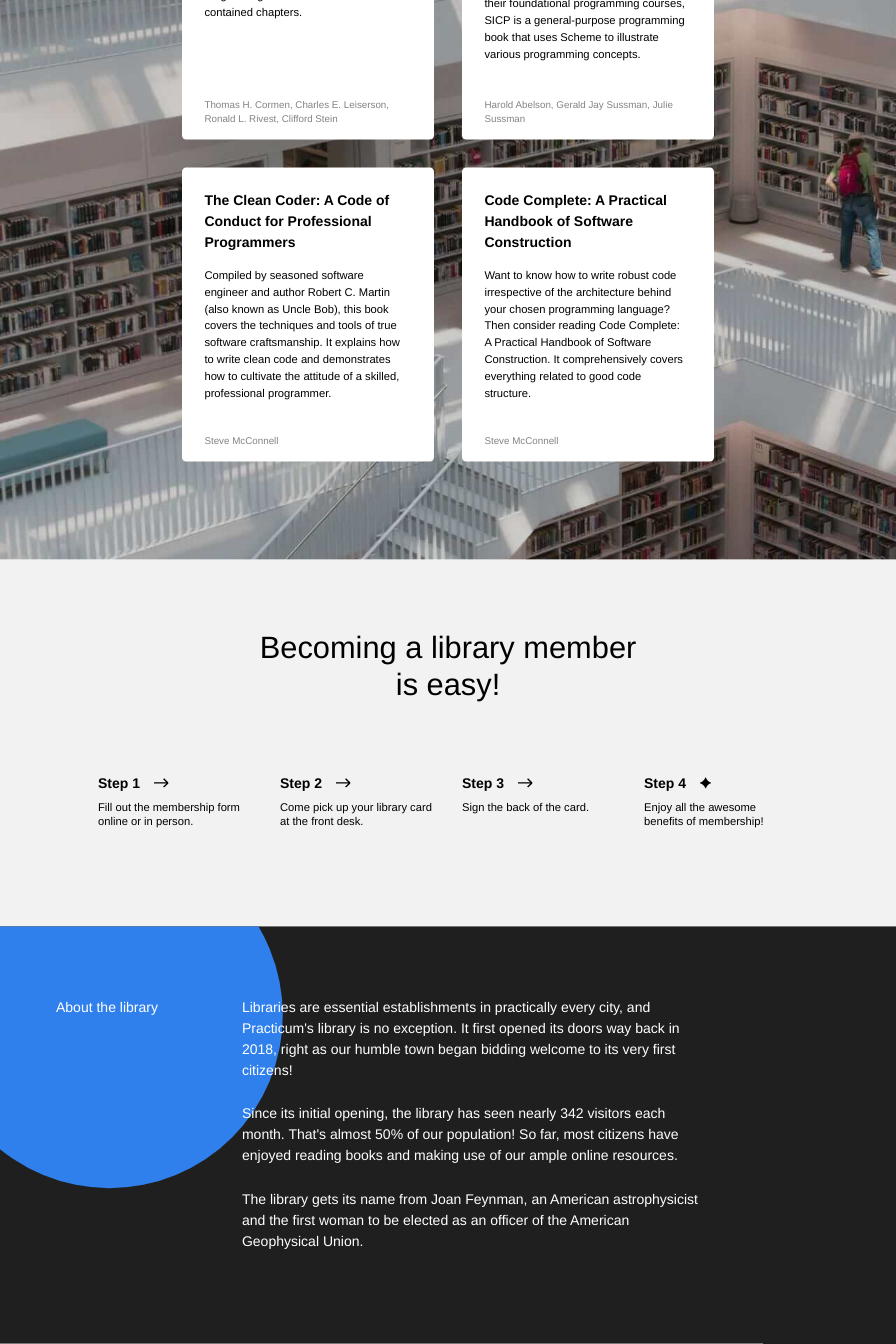
Repository: MWilliams-26/se_project_library
Page: index.html
The author's editor kept a copy of each file at every save. The page is drawn from the files as they stood at one save, then again after the next save.
The browser window is 1280 px wide. The pictures show the part of the page from y = 2038 to 3958 px (the page is 3958 px tall), at 70% of full size.

Above is the page before, as saved 2023-04-04 10:41:27.

### index.html
<!DOCTYPE html>
<html lang="en">
  <head>
    <meta charset="UTF-8" />
    <meta name="viewport" content="width=device-width, initial-scale=1.0" />
    <title>Practicum Library</title>
    <link rel="shortcut icon" href="favicon.ico" />
    <link rel="stylesheet" href="./styles/normalize.css" />
    <link rel="stylesheet" href="./styles/style.css" />
  </head>

  <body>
    <!-- Wrap the entire page content in a new div with the page class. Remember to add the closing tag -->
    <div class="page">
      <header class="header">
        <nav class="nav">
          <img
            src="./images/logo.png"
            alt="Practicum Library Logo"
            class="logo"
          />
          <!-- Putting navigation links in a list is supposed to be the best practice of writing the semantic code since it allows screen readers to pause between each link instead of reading all the links as a sentence. -->
          <ul class="nav__links">
            <li>
              <a class="nav__link">Staff picks</a>
            </li>
            <li>
              <a class="nav__link">Events</a>
            </li>
            <li>
              <a class="nav__link">Become a member</a>
            </li>
            <li>
              <a class="nav__link">About</a>
            </li>
            <li>
              <a class="nav__link">Contacts</a>
            </li>
          </ul>
        </nav>
        <h1 class="header__title">Welcome to the Practicum Library</h1>
        <p class="header__description">
          We're pleased to open our library doors to everyone! Come and expand
          your development knowledge, or just use this lovely spot to work or
          study. This is a cool place for cool students!
        </p>
        <!-- ----------------------------------------------------------------- -->
        <!--               Don't uncomment until project stage 2               -->
        <!-- ----------------------------------------------------------------- -->
        <img
          src="./images/inside_the_library.png"
          alt="Illustration 'Inside the library'"
          class="header__image"
        />
        <div class="header__footer">
          <a class="header__link">About the library &darr;</a>
          <p class="header__address">
            200 Success Avenue, The Town of Practicum
          </p>
        </div>
      </header>

      <main class="content">
        <section class="events">
          <div class="events__content">
            <h2 class="events__heading">Upcoming events:</h2>
            <h3 class="events__title">
              In honor of Joan Feynman: Women in astrophysics
            </h3>
            <div class="event-info events__info-section">
              <div class="event-info__item">
                <div
                  class="event-info__icon event-info__icon_type_calendar"
                ></div>
                <p class="event-info__text">Mon, January 12</p>
              </div>
              <div class="event-info__item">
                <div class="event-info__icon event-info__icon_type_pin"></div>
                <p class="event-info__text">
                  Practicum Library Conference Hall & Online
                </p>
              </div>
            </div>
            <p class="events__description">
              At this event, which celebrates the library's namesake, our guest
              lecturer will take us on a journey exploring some of the most
              prominent female researchers in the world of space science. It's
              easy to buy into the misconception that this field was mostly
              dominated by men, but our lecture aims to change that notion and
              prove that this hasn't been the case since at least the 18th
              century.
            </p>
            <a href="#" class="events__more">More events &rarr;</a>
          </div>
          <div class="events__cover">
            <img
              class="events__image"
              src="images/cafe.png"
              alt="events image"
            />
            <div class="person person_name_feynman">
              <p class="person__caption">Joann Feynman</p>
              <img
                class="person__image person__image_size_l"
                src="images/person_feynman.png"
                alt="Joann Feyman"
              />
            </div>
            <div class="person person_name_burbidge">
              <p class="person__caption">Margaret Burbidge</p>
              <img
                class="person__image person__image_size_m"
                src="images/person_burbidge.png"
                alt="Margaret Burbidge"
              />
            </div>
            <div class="person person_name_cannon">
              <img
                class="person__image person__image_size_m"
                src="images/person_cannon.png"
                alt="Annie Jump Cannon"
              />
              <p class="person__caption">Annie Jump Cannon</p>
            </div>
            <div class="person person_name_burbidge">
              <p class="person__caption">Margaret Burbidge</p>
              <img
                class="person__image person__image_size_m"
                src="images/person_burbidge.png"
                alt="Margaret Burbidge"
              />
            </div>
            <div class="person person_name_mitchell">
              <img
                class="person__image person__image_size_s"
                src="images/person_mitchell.png"
                alt="Maria Mitchell"
              />
              <p class="person__caption">Maria Mitchell</p>
            </div>
            <div class="person person_name_tarter">
              <p class="person__caption">Jill Tarter</p>
              <img
                class="person__image person__image_size_m"
                src="images/person_tarter.png"
                alt="Jill Tarter"
              />
            </div>
          </div>
        </section>

        <section class="staff">
          <!-- --------------------------------------------------------------- -->
          <!--        Don't uncomment until the final project stage            -->
          <!-- --------------------------------------------------------------- -->
          <h2 class="staff__title">Staff picks</h2>
          <p class="staff__subtitle">That our readers love</p>
          <ul class="staff__picks">
            <li class="card">
              <div class="card__content">
                <h3 class="card__title">Introduction to Algorithms</h3>
                <p class="card__text">
                  The name of this book is self-explanatory; it's a proper
                  introduction to algorithms! Introduction to Algorithms, or
                  CLRS, in reference to the authors' last names, goes in-depth
                  and covers a range of algorithms across several self-contained
                  chapters.
                </p>
                <p class="card__footer">
                  Thomas H. Cormen, Charles E. Leiserson, Ronald L. Rivest,
                  Clifford Stein
                </p>
              </div>
            </li>

            <li class="card">
              <div class="card__content">
                <h3 class="card__title">
                  The Structure and Interpretation of Computer Programs (SICP)
                </h3>
                <p class="card__text">
                  This is one of the best books for learning the fundamentals of
                  programming. Featured by MIT in one of their foundational
                  programming courses, SICP is a general-purpose programming
                  book that uses Scheme to illustrate various programming
                  concepts.
                </p>
                <p class="card__footer">
                  Harold Abelson, Gerald Jay Sussman, Julie Sussman
                </p>
              </div>
            </li>

            <li class="card">
              <div class="card__content">
                <h3 class="card__title">
                  The Clean Coder: A Code of Conduct for Professional
                  Programmers
                </h3>
                <p class="card__text">
                  Compiled by seasoned software engineer and author Robert C.
                  Martin (also known as Uncle Bob), this book covers the
                  techniques and tools of true software craftsmanship. It
                  explains how to write clean code and demonstrates how to
                  cultivate the attitude of a skilled, professional programmer.
                </p>
                <p class="card__footer">Steve McConnell</p>
              </div>
            </li>

            <li class="card">
              <div class="card__content">
                <h3 class="card__title">
                  Code Complete: A Practical Handbook of Software Construction
                </h3>
                <p class="card__text">
                  Want to know how to write robust code irrespective of the
                  architecture behind your chosen programming language? Then
                  consider reading Code Complete: A Practical Handbook of
                  Software Construction. It comprehensively covers everything
                  related to good code structure.
                </p>
                <p class="card__footer">Steve McConnell</p>
              </div>
            </li>
          </ul>
        </section>

        <section class="membership">
          <!-- --------------------------------------------------------------- -->
          <!--         Don't uncomment until the final project stage           -->
          <!-- --------------------------------------------------------------- -->
          <h2 class="membership__title">Becoming a library member is easy!</h2>
          <ul class="membership__steps">
            <li class="step">
              <h3 class="step__title">
                Step 1
                <img
                  src="./images/icon_step_forward.svg"
                  alt="icon forward"
                  class="step__icon"
                />
              </h3>
              <p class="step__description">
                Fill out the membership form online or in person.
              </p>
            </li>
            <li class="step">
              <h3 class="step__title">
                Step 2
                <img
                  src="./images/icon_step_forward.svg"
                  alt="icon forward"
                  class="step__icon"
                />
              </h3>
              <p class="step__description">
                Come pick up your library card at the front desk.
              </p>
            </li>
            <li class="step">
              <h3 class="step__title">
                Step 3
                <img
                  src="./images/icon_step_forward.svg"
                  alt="icon forward"
                  class="step__icon"
                />
              </h3>
              <p class="step__description">Sign the back of the card.</p>
            </li>
            <li class="step">
              <h3 class="step__title">
                Step 4
                <img
                  src="./images/icon_step_finish.svg"
                  alt="icon finish"
                  class="step__icon"
                />
              </h3>
              <p class="step__description">
                Enjoy all the awesome benefits of membership!
              </p>
            </li>
          </ul>
        </section>

        <section class="about">
          <!-- --------------------------------------------------------------- -->
          <!--          Don't uncomment until the final project stage          -->
          <!-- --------------------------------------------------------------- -->
          <h2 class="about__title">About the library</h2>
          <div class="about__content">
            <p class="about__paragraph">
              Libraries are essential establishments in practically every city,
              and Practicum's library is no exception. It first opened its doors
              way back in 2018, right as our humble town began bidding welcome
              to its very first citizens!
            </p>
            <p class="about__paragraph">
              Since its initial opening, the library has seen nearly 342
              visitors each month. That's almost 50% of our population! So far,
              most citizens have enjoyed reading books and making use of our
              ample online resources.
            </p>
            <p class="about__paragraph">
              The library gets its name from Joan Feynman, an American
              astrophysicist and the first woman to be elected as an officer of
              the American Geophysical Union.
            </p>
          </div>
          <div class="about__circle"></div>
        </section>
      </main>
      <footer class="footer">
        <!-- ----------------------------------------------------------------- -->
        <!--          Don't uncomment until the final project stage            -->
        <!-- ----------------------------------------------------------------- -->
      </footer>
    </div>
  </body>
</html>

### styles/style.css
.page {
  /* Add page class properties here */
  min-width: 1100px;
  max-width: 1600px;
  margin: 0 auto;
  font-family: Helvetica Neue, Arial, sans-serif;
  font-size: 16px;
  line-height: 20px;
}

.header {
  height: 100vh;
  min-height: 720px;
  max-height: 800px;
  padding: 30px 80px 0;
  position: relative;
  box-sizing: border-box;
}

.nav {
  /* Add flex properties here */
  display: flex;
  justify-content: space-between;
  align-items: stretch;
  flex-flow: row wrap;
  margin-top: 8px;
}

.logo {
  width: 196px;
  height: 60px;
}

.nav__links {
  /* Reset default list styles here */
  margin: 0 0 0;
  display: flex;
  column-gap: 20px;
  list-style: none;
}

.nav__link {
  color: #000000;
  text-decoration: none;
  font-weight: bold;
}

.header__title {
  font-size: 66px;
  line-height: 76px;
  font-weight: 500;
  max-width: 544px;
  margin-top: 150px;
  margin-bottom: 32px;
}

.header__description {
  font-size: 20px;
  line-height: 30px;
  max-width: 532px;
}

.header__image {
  position: absolute;
  max-width: 636px;
  top: 135px;
  right: 20px;
  z-index: 1;
}

.header__footer {
  position: absolute;
  left: 0;
  bottom: 40px;
  width: 100%;
  display: flex;
  align-items: center;
  padding: 40px 80px 0;
  justify-content: space-between;
  box-sizing: border-box;
}

.header__link {
  color: #2f80ed;
  text-decoration: none;
}

.header__address {
  margin: 0;
  color: #838383;
}

.events {
  padding: 100px 0 120px 80px;
  display: flex;
  align-items: start;
  justify-content: space-between;
  box-sizing: border-box;
  background-color: #f2f2f2;
}
.events__content {
  flex-basis: 580px;
}

.events__heading {
  font-size: 20px;
  font-weight: 500;
  line-height: 30px;
  margin: 0;
}

.events__title {
  font-size: 44px;
  font-weight: 500;
  line-height: 52px;
  margin: 32px 0 0;
}

.events__info-section {
  margin-top: 32px;
}

.event-info__item {
  display: flex;
  align-items: center;
  margin-bottom: 4px;
  font-weight: 500;
}

.event-info__icon {
  background-repeat: no-repeat;
  background-position: center;
  margin-right: 12px;
  width: 24px;
  height: 24px;
}

.event-info__icon_type_calendar {
  background-image: url(../images/icon_calendar.svg);
}

.event-info__icon_type_pin {
  background-image: url(../images/icon_pin.svg);
}

.event-info__text {
  font-size: 20px;
  font-weight: 500;
  line-height: 30px;
  margin: 0;
}

.events__description {
  margin: 40px 0 60px;
}

.events__more {
  color: #2f80ed;
  text-decoration: none;
}

.events__cover {
  flex-grow: 1;
  flex-shrink: 0;
  flex-basis: 780px;
  max-width: 780px;
  position: relative;
}

.events__image {
  max-width: 100%;
}

.person {
  position: absolute;
  display: flex;
  align-items: center;
  flex-direction: column;
  gap: 10px;
}

.person_name_feynman {
  position: absolute;
  top: -30px;
  left: 319px;
}

.person_name_burbidge {
  top: 96px;
  right: 125px;
}

.person_name_cannon {
  bottom: 18px;
  right: 216px;
}

.person_name_mitchell {
  bottom: 82px;
  left: 142px;
}

.person_name_tarter {
  top: 79px;
  left: 159px;
}

.person__image {
  max-width: 100%;
}

.person__image_size_l {
  width: 140px;
}

.person__image_size_m {
  width: 100px;
}

.person__image_size_s {
  width: 80px;
}

.person__caption {
  text-align: center;
  font-size: 14px;
  margin: 0;
}
.staff {
  padding: 100px 0 140px;
  background-image: url(../images/staff_picks_background.jpg);
}

.staff__title {
  text-align: center;
  font-size: 44px;
  line-height: 52px;
  margin: 0 0 24px;
  color: #ffffff;
}

.staff__subtitle {
  text-align: center;
  font-size: 20px;
  line-height: 30px;
  font-weight: 400;
  margin: 0;
  color: #ffffff;
}

.staff__picks {
  max-width: 760px;
  margin: auto;
  margin-top: 68px;
  display: flex;
  flex-wrap: wrap;
  justify-content: center;
  gap: 40px;
  list-style-type: none;
  padding: 0;
}

/* Add the CSS rule for your new class here. Make sure to place it before .card: parents should precede their children */

.card {
  background-color: #fff;
  border-radius: 6px;
  padding: 32px 40px 20px 32px;
  box-sizing: border-box;
  width: 360px;
  height: 420px;
}

.card__content {
  width: 100%;
  height: 100%;
  display: flex;
  flex-direction: column;
}

.card__title {
  font-size: 20px;
  line-height: 30px;
  font-weight: 700;
  margin: 0;
}

.card__text {
  margin: 20px 0 0;
  font-size: 16px;
  line-height: 24px;
}

.card__footer {
  margin: 0;
  font-size: 14px;
  line-height: 20px;
  color: #838383;
  margin-top: auto;
}

.membership {
  padding: 100px 0 140px;
  background-color: #f2f2f2;
}

.membership__title {
  max-width: 574px;
  margin: 0 auto;
  text-align: center;
  font-size: 44px;
  font-weight: 500;
  line-height: 52px;
}

.membership__steps {
  list-style-type: none;
  padding: 0;
  margin: 100px 0 0;
  display: flex;
  flex-direction: row;
  position: relative;
  justify-content: center;
  gap: 40px;

  /* Add styles */
}

.step {
  max-width: 220px;
  flex-basis: 220px;
  /* Add styles */
}

.step__title {
  margin: 0;
  font-size: 20px;
  line-height: 30px;
  font-weight: 700;
  display: flex;
  align-items: center;
}

.step__icon {
  margin-left: 20px;
}

.step__description {
  margin: 10px 0 0;
}

.about {
  padding: 100px 80px;
  background-color: #1f1f1f;
  color: #fff;
  overflow: hidden;
  position: relative;
  box-sizing: border-box;
  display: flex;
}

.about__title {
  margin: 0;
  font-size: 20px;
  line-height: 30px;
  font-weight: 500;
  z-index: 1;
  max-width: 154px;
  display: flex;
  flex-direction: row;
}

.about__content {
  font-size: 20px;
  line-height: 30px;
  font-weight: 400;
  max-width: 660px;
  display: flex;
  flex-direction: column;
  justify-content: center;
  align-items: center;
  padding-left: 120px;
  z-index: 2;
}

.about__paragraph {
  margin: 0 0 32px;
}

.about__circle {
  background-color: #2f80ed;
  width: 495px;
  height: 495px;
  border-radius: 50%;
  position: absolute;
  top: -121px;
  left: -91px;
  z-index: 0;
}

.footer {
  box-sizing: border-box;
}

.footer__columns {
}

.footer__column_content_hours {
}

.footer__column_content_social {
}

.footer__logo {
}

.footer__list {
  /* The code below removes the default browser styles for lists */
  list-style-type: none;
  padding: 0;
  margin: 0;
}

.footer__list-item {
}

.footer__column-heading {
}

.footer__column-link {
  color: white;
  font-size: 16px;
  line-height: 20px;
  text-decoration: none;
}

.footer__social-icon {
}

.footer__copyright {
}

Loaded but not shown: styles/normalize.css (library)

After the next save:
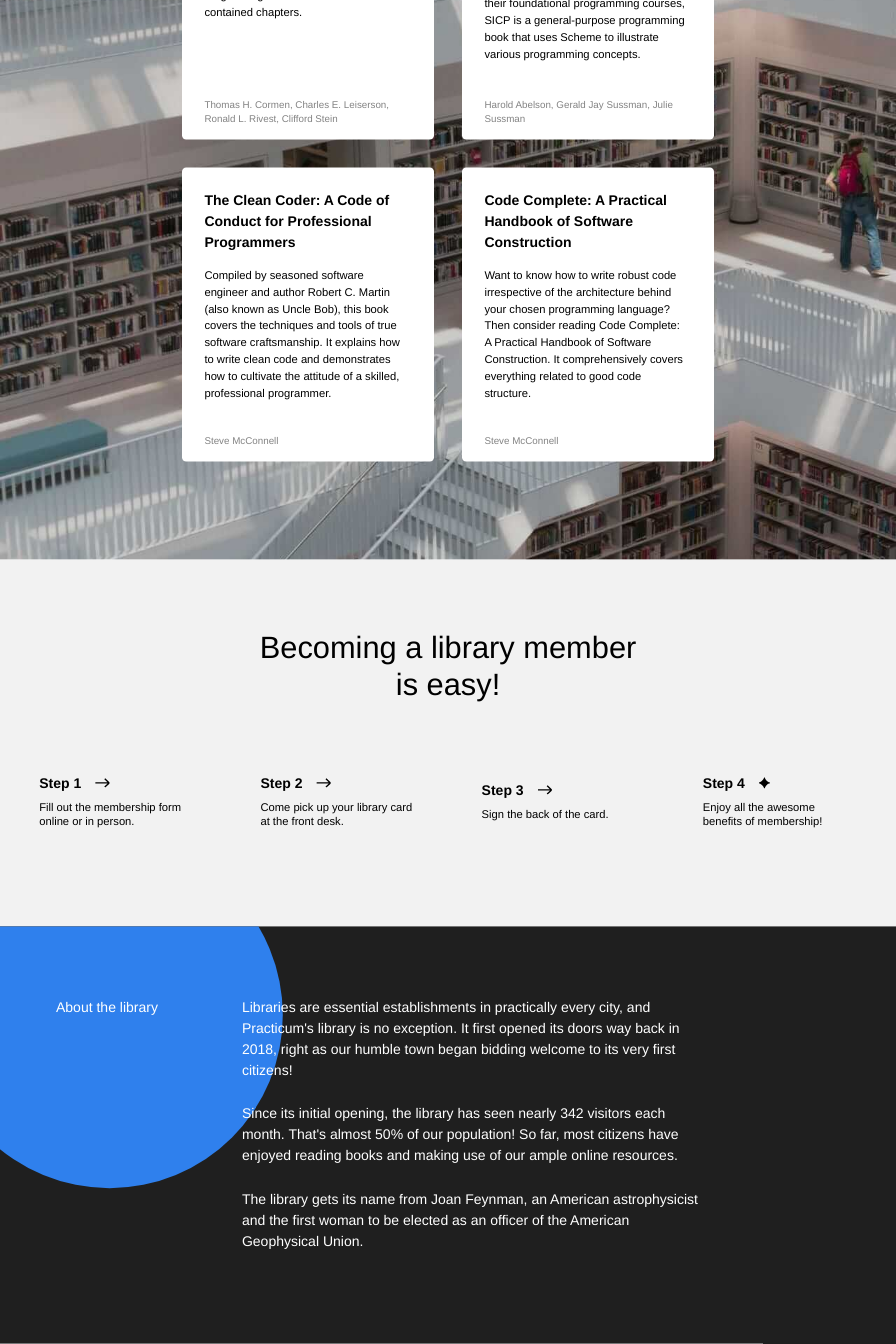
Saved 7 min 5 s later.
--- a/styles/style.css
+++ b/styles/style.css
@@ -320,7 +320,8 @@
   display: flex;
   flex-direction: row;
   position: relative;
-  justify-content: center;
+  justify-content: space-evenly;
+  align-items: center;
   gap: 40px;
 
   /* Add styles */

After the save that followed:
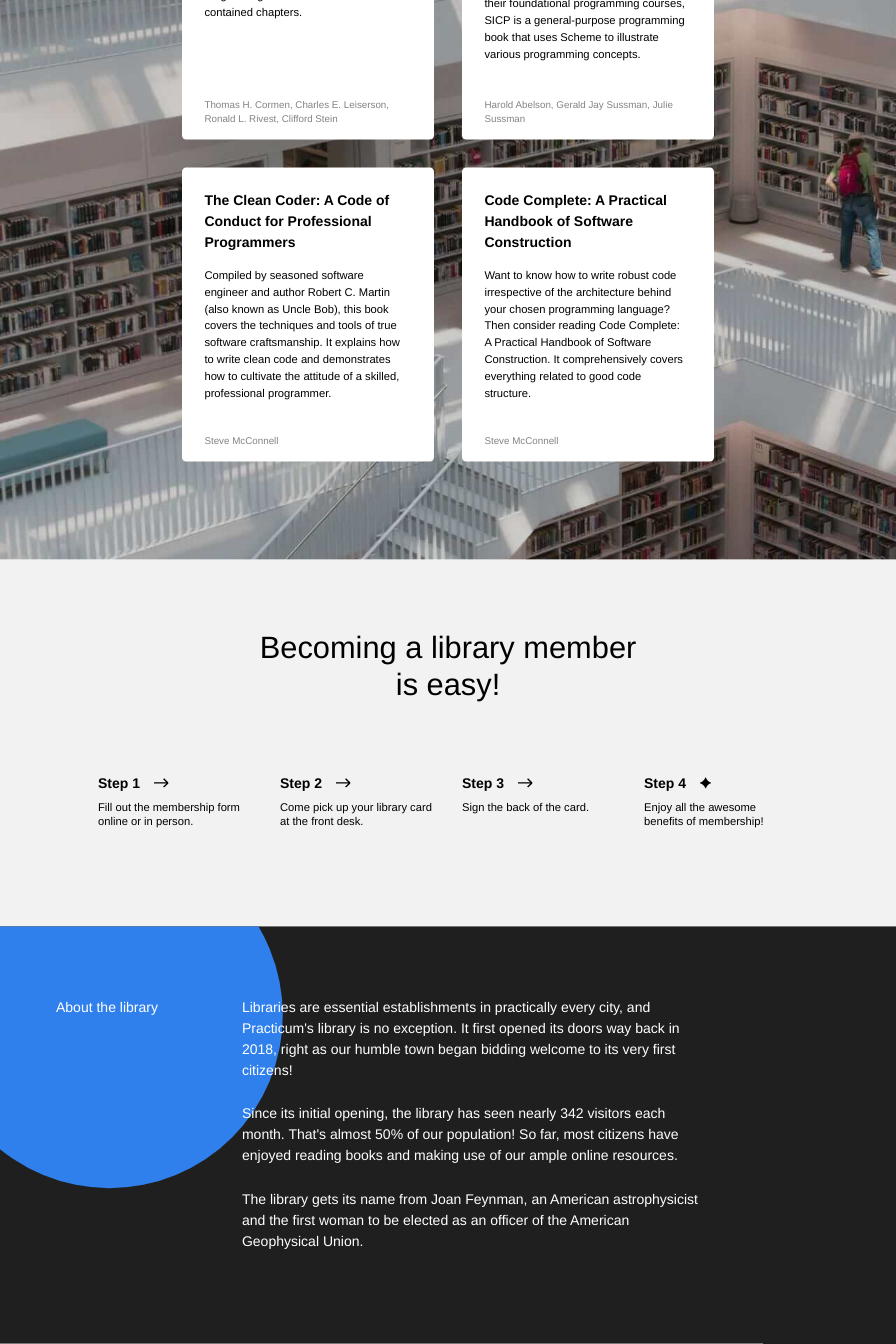
Saved 46 s later.
--- a/styles/style.css
+++ b/styles/style.css
@@ -320,8 +320,8 @@
   display: flex;
   flex-direction: row;
   position: relative;
-  justify-content: space-evenly;
-  align-items: center;
+  justify-content: center;
+
   gap: 40px;
 
   /* Add styles */
